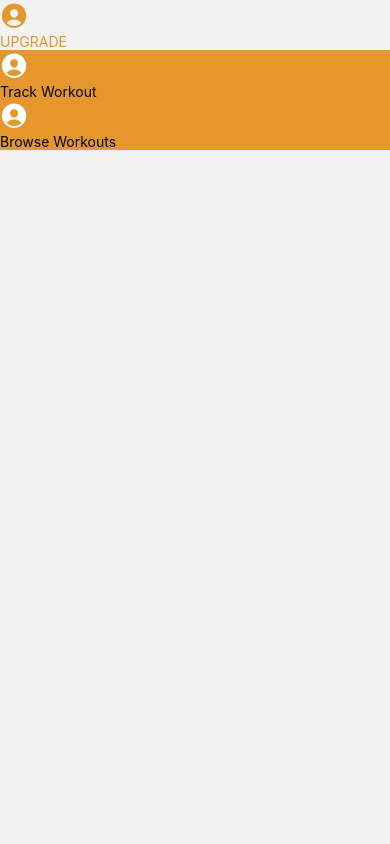
Repository: katjalmarko/React-Native-Fitness-App-with-Subscription
Screen: /
An editor plug-in stored every save of this project. The screen is shown before and after a run of saves, followed by the edit.
Pictures or frames that could not be fetched are drawn as grey boxes. The app was drawn by React Native's web renderer in a window 390 px wide. The project was rebuilt for these pictures with package versions that can differ from the ones it lists, and the page was loaded fresh each time.

Above is the screen before, as saved 2023-05-08 17:58:58.

After the next 2 saves:
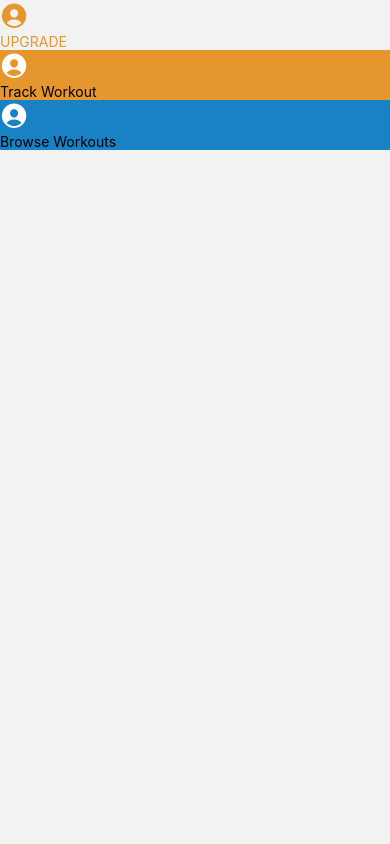
The 2 saves are shown as one change because they came seconds apart.
The last was saved 10 s later.
--- a/screens/HomeScreen.tsx
+++ b/screens/HomeScreen.tsx
@@ -29,7 +29,7 @@ const HomeScreen = () => {
         <ActionRow
           title="Browse Workouts"
           screen="Demo"
-          color="#E5962D"
+          color="#1982C4"
           icon="fitness"
           vertical
         />
